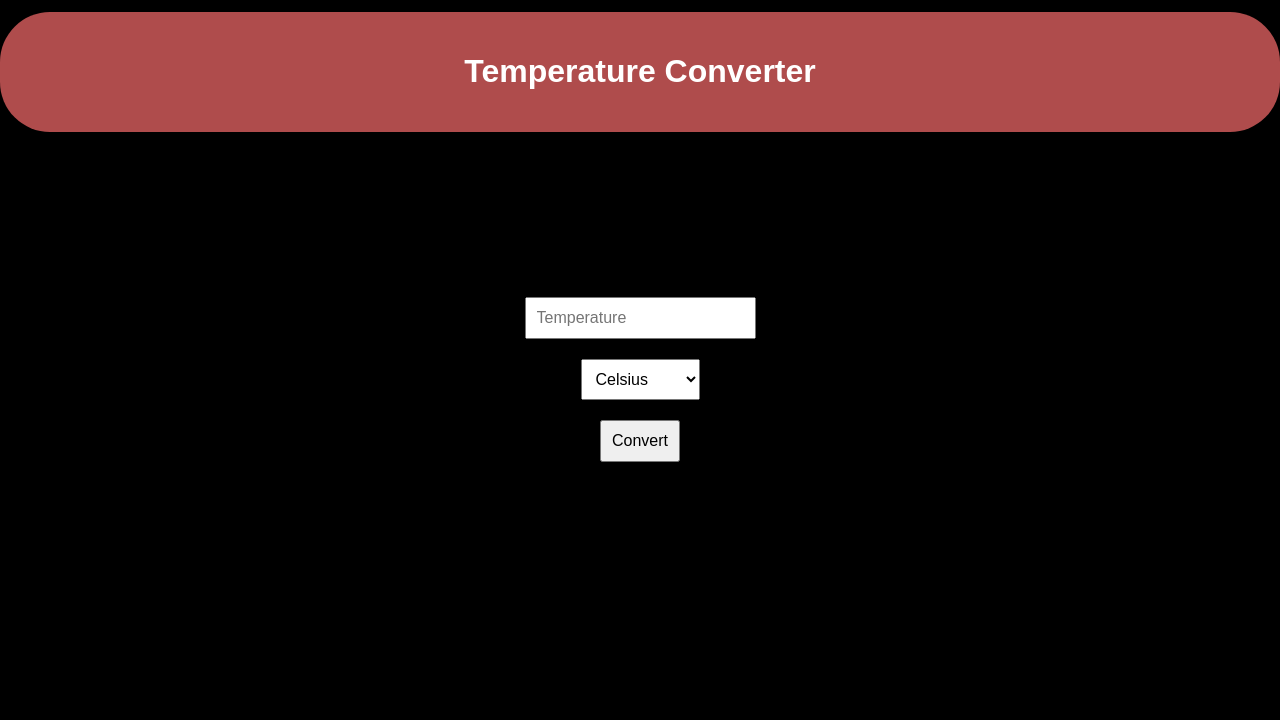
Repository: akhiranandan-04/Temperature-Converter
Page: index.html
The author's editor kept a copy of each file at every save. The page is drawn from the files as they stood at one save, then again after the next save.
The browser window is 1280 px wide. The pictures show the whole page.

Above is the page before, as saved 2024-10-19 13:14:36.

### index.html
<!DOCTYPE html>
<html lang="en">
<head>
    <meta charset="UTF-8">
    <meta name="viewport" content="width=device-width, initial-scale=1.0">
    <title>Temperature Converter</title>
    <link rel="stylesheet" href="style.css">
</head>
<body>
    <header>
        <h1>Temperature Converter</h1>
    </header>

    <div class="converter">
        <label for="tempInput">Enter Temperature:</label>
        <input type="number" id="tempInput" placeholder="Temperature">

        <select id="tempType">
            <option value="C">Celsius</option>
            <option value="F">Fahrenheit</option>
        </select>

        <button onclick="convertTemp()">Convert</button>

        <p id="result"></p>
    </div>

    <footer>
        <p>&copy; 2024 Temperature Converter | All rights reserved</p>
    </footer>

    <script src="script.js"></script>
</body>
</html>

### style.css
body {
    font-family: Arial, sans-serif;
    display: flex;
    flex-direction: column;
    justify-content: space-between;
    min-height: 100vh;
    margin: 0;
    background-color: black;
}

header {
    text-align: center;
    background-color: #af4c4c;
    padding: 20px;
    color: white;
    border-radius: 50px;
    margin-top: 12px;
}

.converter {
    display: flex;
    flex-direction: column;
    align-items: center;
    justify-content: center;
    flex: 1;
    background-color:black;
}

.converter input, .converter select, .converter button {
    margin: 10px;
    padding: 10px;
    font-size: 16px;
}

.converter p {
    font-size: 20px;
    font-weight: bold;
}

footer {
    text-align: center;
    padding: 10px;
    background-color: black;
    color: black;
}

### script.js
function convertTemp() {
    let temp = document.getElementById('tempInput').value;
    let tempType = document.getElementById('tempType').value;
    let resultText = '';

    if (temp === '') {
        resultText = 'Please enter a temperature!';
    } else {
        temp = parseFloat(temp);
        if (tempType === 'C') {
            // Celsius to Fahrenheit
            let convertedTemp = (temp * 9/5) + 32;
            resultText = `${temp}°C is ${convertedTemp.toFixed(2)}°F`;
        } else if (tempType === 'F') {
            // Fahrenheit to Celsius
            let convertedTemp = (temp - 32) * 5/9;
            resultText = `${temp}°F is ${convertedTemp.toFixed(2)}°C`;
        }
    }

    document.getElementById('result').innerText = resultText;
}

After the next save:
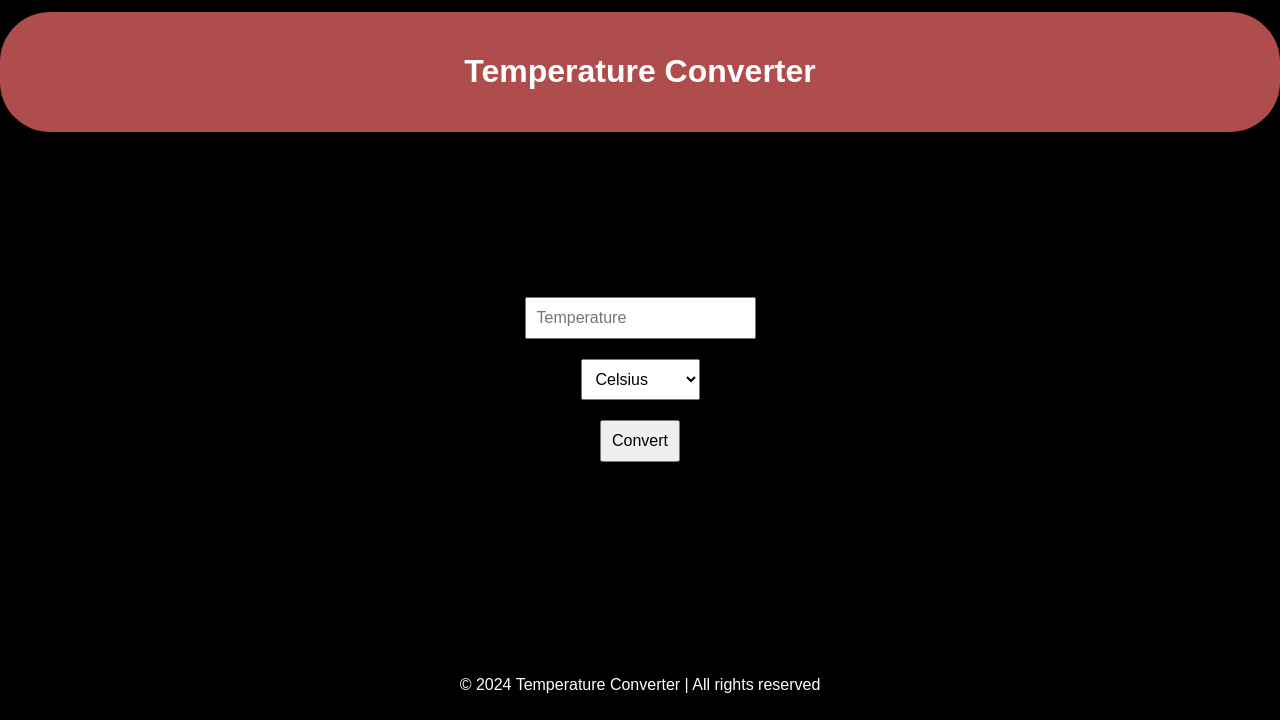
Saved 5 s later.
--- a/style.css
+++ b/style.css
@@ -41,5 +41,5 @@ footer {
     text-align: center;
     padding: 10px;
     background-color: black;
-    color: black;
+    color: white;
 }
